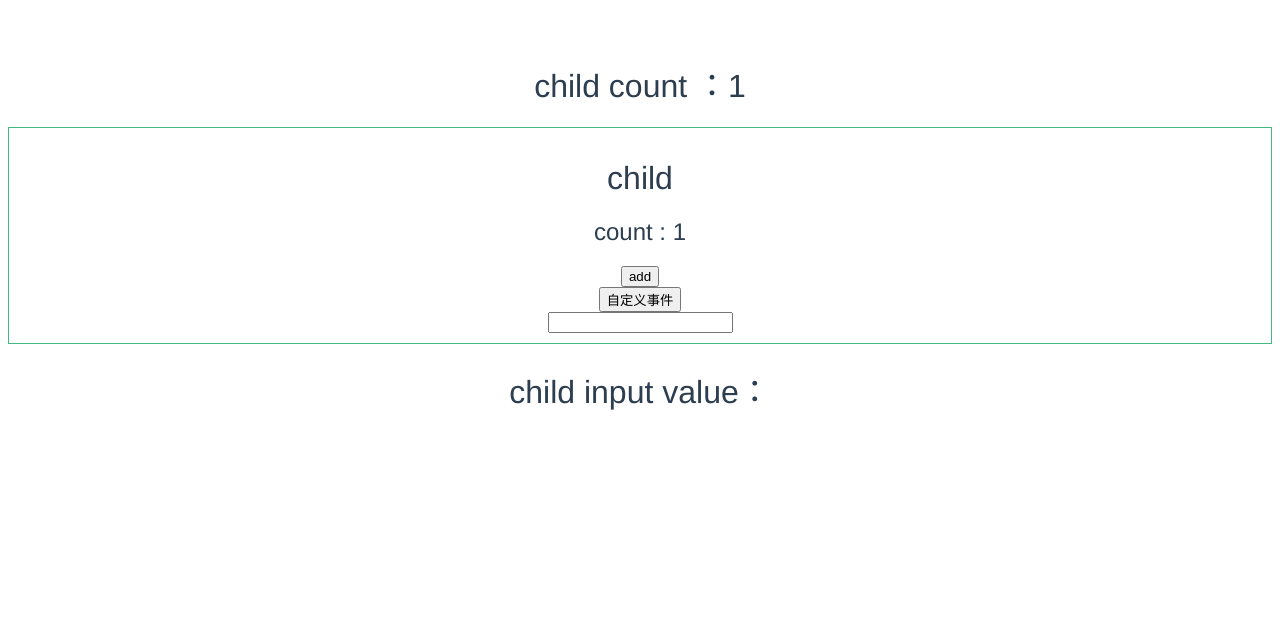
Repository: NotTooTwo/vueRouter
Page: /#/
The author's editor kept a copy of each file at every save. The page is drawn from the files as they stood at one save, then again after the next save.
The browser window is 1280 px wide. The pictures show the whole page.
The project was rebuilt for these pictures with package versions that can differ from the ones it lists, and the page was loaded fresh each time.

Above is the page before, as saved 2018-03-13 13:57:42.

### src/components/HelloWorld.vue
<template>
  <div class="hello">
    <h1>child count ：{{childNum}}</h1>
    <!-- 子组件给父组件传参：子组件内(add()函数)$emit触发父组件的预定义的触发函数 -->
    <Child :countNum=1 v-on:childCount="countChildNum"></Child>
    <h1>child input value：{{msg}}</h1>
    <!-- <second-child :countNum=childNum></second-child> -->
  </div>
</template>

<script>
import Child from './child'
import SecondChild from './secondChild'
export default {
  name: 'HelloWorld',
  data () {
    return {
      msg: '',
      childNum:1
    }
  },
methods:{
  countChildNum(num){
      this.childNum = num;
  }
},
mounted(){
  console.log(this.$events)
},
components:{
    Child,
    'second-child':SecondChild
  }
}
</script>

<!-- Add "scoped" attribute to limit CSS to this component only -->
<style scoped>
h1, h2 {
  font-weight: normal;
}
ul {
  list-style-type: none;
  padding: 0;
}
li {
  display: inline-block;
  margin: 0 10px;
}
a {
  color: #42b983;
}
</style>

### src/components/child.vue
<template>
  <div class="child">
    <h1>child</h1>
    <h2>count : {{count}}</h2>
    <button @click='add'>add</button>
    <div>
      <button @click='sendMsg'>自定义事件</button>
    </div>
    <div>
      <input type="text" v-model="childVal">
    </div>
  </div>
</template>

<script>
export default {
  name: 'child',
  data () {
    return {
      msg: 'Welcome to Your Vue.js App',
      count: 0,
      childVal:''
    }
  },
  props:[
    'countNum'
  ],
  created(){
    this.count=this.countNum;
  },
  watch:{
      'childVal'(val,old){
          this.$parent.msg = val
      }
  },
  methods:{
    add(){
      ++this.count;
      this.$emit('childCount',this.count)
    },
    sendMsg(){
      // console.log(this.$parent.msg)
      // this.$set(this.$parent,'msg',this.childVal)
      // this.$parent.msg = this.childVal;
      this.$dispatch('childrenClick');
    }
  }
}
</script>

<!-- Add "scoped" attribute to limit CSS to this component only -->
<style scoped>
h1, h2 {
  font-weight: normal;
}
ul {
  list-style-type: none;
  padding: 0;
}
li {
  display: inline-block;
  margin: 0 10px;
}
a {
  color: #42b983;
}
.child{
  padding: 10px;
  border: 1px solid #42b983;

}
</style>

### src/components/secondChild.vue
<template>
  <div class="child">
    <h1>second child</h1>
    <h2>from child count : {{count}}</h2>
  </div>
</template>

<script>
export default {
  name: 'secondChild',
  data () {
    return {
      msg: 'Welcome to Your Vue.js App',
      count: 0,
    }
  },
  props:[
    'countNum'
  ],
  created(){
    this.count=this.countNum;
  },
  watch:{
      'childVal'(val,old){
          this.$parent.msg = val
      }
  },
  methods:{
    add(){
      ++this.count;
      this.$emit('childCount',this.count)
    },
    sendMsg(){
      // console.log(this.$parent.msg)
      // this.$set(this.$parent,'msg',this.childVal)
      // this.$parent.msg = this.childVal;
      this.$dispatch('childrenClick');
    }
  }
}
</script>

<!-- Add "scoped" attribute to limit CSS to this component only -->
<style scoped>
h1, h2 {
  font-weight: normal;
}
ul {
  list-style-type: none;
  padding: 0;
}
li {
  display: inline-block;
  margin: 0 10px;
}
a {
  color: #42b983;
}
.child{
  padding: 10px;
  border: 1px solid #42b983;

}
</style>

Loaded but not shown: index.html (common file); src/main.js (common file); src/App.vue (common file); src/router/index.js (common file)

After the next save:
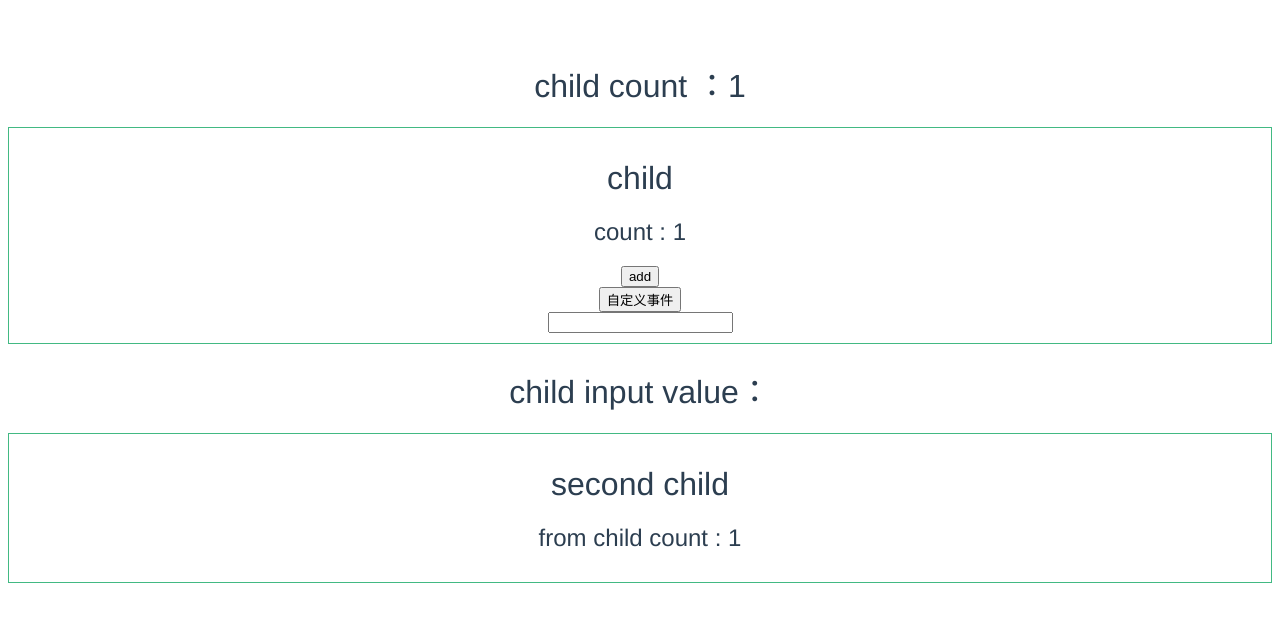
Saved 5 s later.
--- a/src/components/HelloWorld.vue
+++ b/src/components/HelloWorld.vue
@@ -4,7 +4,7 @@
     <!-- 子组件给父组件传参：子组件内(add()函数)$emit触发父组件的预定义的触发函数 -->
     <Child :countNum=1 v-on:childCount="countChildNum"></Child>
     <h1>child input value：{{msg}}</h1>
-    <!-- <second-child :countNum=childNum></second-child> -->
+    <second-child :countNum=childNum></second-child>
   </div>
 </template>
 
